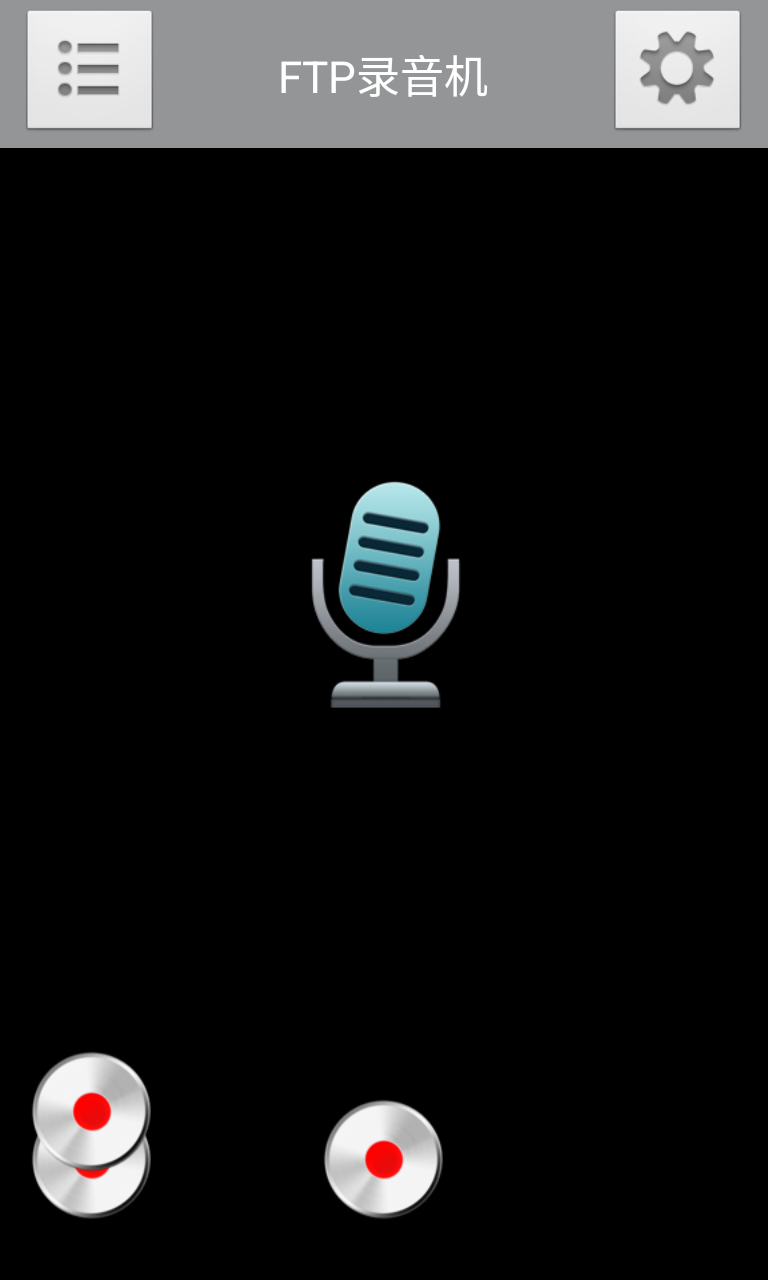
Repository: stone-jin/WAVRecoder
Layout: WAVRecoder2/res/layout/main.xml
These files come from the project's save history. The layout is drawn as it stood at one moment and after the next save; the edit follows.
It is drawn on a 768 x 1280 px phone screen (xhdpi) without system bars, with theme Anim_style2; the app's code is not run.

Above is the layout before, as saved 2014-05-06 19:06:54.

### WAVRecoder2/res/layout/main.xml
<?xml version="1.0" encoding="utf-8"?>
<LinearLayout xmlns:android="http://schemas.android.com/apk/res/android"
    android:layout_width="match_parent"
    android:layout_height="match_parent"
    android:orientation="vertical" >

    <include layout="@layout/main_title"/>

    <RelativeLayout
        android:layout_width="fill_parent"
        android:layout_height="fill_parent"
        android:layout_weight="1"
        android:gravity="center"
        >

	    <ImageView
	        android:layout_width="wrap_content"
	        android:layout_height="wrap_content"
	        android:background="@drawable/icon"
	        />

    </RelativeLayout>

    <RelativeLayout
        android:layout_width="fill_parent"
        android:layout_height="120dp"
        >

        <Button
            android:layout_width="wrap_content"
            android:layout_height="wrap_content"
            android:background="@drawable/btn_rekam_normal"
            android:layout_marginLeft="10dp"
            android:layout_alignParentLeft="true"
            android:layout_centerVertical="true"
            />

        <Button
            android:layout_width="wrap_content"
            android:layout_height="wrap_content"
            android:background="@drawable/btn_rekam_normal"
            android:layout_marginLeft="10dp"
            android:layout_centerInParent="true"
            />

        <Button
            android:layout_width="wrap_content"
            android:layout_height="wrap_content"
            android:background="@drawable/btn_rekam_normal"
            android:layout_marginLeft="10dp"
            android:layout_gravity="center_vertical"
            />

    </RelativeLayout>


</LinearLayout>

### WAVRecoder2/res/values/styles.xml
<resources>

    <!--
        Base application theme, dependent on API level. This theme is replaced
        by AppBaseTheme from res/values-vXX/styles.xml on newer devices.
    -->
    <style name="AppBaseTheme" parent="android:Theme.Light">
        <!--
            Theme customizations available in newer API levels can go in
            res/values-vXX/styles.xml, while customizations related to
            backward-compatibility can go here.
        -->
    </style>

    <!-- Application theme. -->
    <style name="AppTheme" parent="AppBaseTheme">
        <!-- All customizations that are NOT specific to a particular API-level can go here. -->
    </style>

    <!-- ####################以上内容全部来自搬运 ############################################ -->

    <style name="AnimFade" parent="@android:style/Animation.Activity">
    	<item name="android:activityOpenEnterAnimation">@anim/fade_in</item>
    	<item name="android:activityOpenExitAnimation">@anim/hold</item>
    	<item name="android:activityCloseEnterAnimation">@anim/fade_in</item>
    	<item name="android:activityCloseExitAnimation">@anim/fade_out</item>
	</style>
	<style name="AnimBottom" parent="@android:style/Animation">
    	<item name="android:windowEnterAnimation">@anim/push_bottom_in</item>
        <item name="android:windowExitAnimation">@anim/push_bottom_out</item>
	</style>
	<style name="AnimTop" parent="@android:style/Animation">
    	<item name="android:windowEnterAnimation">@anim/push_top_in</item>
        <item name="android:windowExitAnimation">@anim/push_top_out</item>
	</style>
	<style name="AnimTop2" parent="@android:style/Animation">
    	<item name="android:windowEnterAnimation">@anim/push_top_in2</item>
        <item name="android:windowExitAnimation">@anim/push_top_out2</item>
	</style>
	<style name="AnimHead" parent="@android:style/Animation">
    	<item name="android:windowEnterAnimation">@anim/head_in</item>
        <item name="android:windowExitAnimation">@anim/head_out</item>
	</style>

   	<style name="Anim_style" parent="android:Theme.NoTitleBar.Fullscreen">
        <item name="android:windowAnimationStyle">@style/AnimFade</item>
	</style>

	<style name="Anim_style2" parent="android:Theme.NoTitleBar">  <!-- 表示没有titlebar这个框 -->
        <item name="android:windowAnimationStyle">@style/AnimFade</item>     <!-- 定义其中打开或者保持或者关闭的时候的效果 -->
	</style>

	<style name="Anim_style_title" parent="android:Theme">
        <item name="android:windowAnimationStyle">@style/AnimFade</item>
        <item name="android:windowTitleSize">50dp</item>
        <item name="android:windowTitleBackgroundStyle">@style/CustomWindowTitleBackground</item>
	</style>

	<style name="CustomWindowTitleBackground">
       <item name="android:background">@drawable/title_bar</item>
	</style>

	<style name="MyDialogStyle">
        <item name="android:windowBackground">@android:color/transparent</item>
        <item name="android:windowFrame">@null</item>
        <item name="android:windowNoTitle">true</item>
        <item name="android:windowIsFloating">true</item>
        <item name="android:windowIsTranslucent">true</item>
        <item name="android:windowContentOverlay">@null</item>
        <item name="android:windowAnimationStyle">@android:style/Animation.Dialog</item>
        <item name="android:backgroundDimEnabled">true</item>
    </style>

    <style name="MyDialogStyleBottom" parent="android:Theme.Dialog" >
        <item name="android:windowAnimationStyle">@style/AnimBottom</item>
        <item name="android:windowFrame">@null</item><!--边框-->
        <item name="android:windowIsFloating">true</item><!--是否浮现在activity之上-->
        <item name="android:windowIsTranslucent">true</item><!--半透明-->
        <item name="android:windowNoTitle">true</item><!--无标题-->
        <item name="android:windowBackground">@android:color/transparent</item><!--背景透明-->
        <item name="android:backgroundDimEnabled">true</item><!--模糊-->
     </style>

     <style name="MyDialogStyleTop" parent="android:Theme.Dialog" >
        <item name="android:windowAnimationStyle">@style/AnimTop2</item>
        <item name="android:windowFrame">@null</item><!--边框-->
        <item name="android:windowIsFloating">true</item><!--是否浮现在activity之上-->
        <item name="android:windowIsTranslucent">true</item><!--半透明-->
        <item name="android:windowNoTitle">true</item><!--无标题-->
        <item name="android:windowBackground">@android:color/transparent</item><!--背景透明-->
        <item name="android:backgroundDimEnabled">false</item><!--模糊-->
     </style>

    <style name="HeadScale" parent="android:Theme.Dialog" >
        <item name="android:windowAnimationStyle">@style/AnimHead</item>
        <item name="android:windowFrame">@null</item><!--边框-->
        <item name="android:windowIsFloating">true</item><!--是否浮现在activity之上-->
        <item name="android:windowIsTranslucent">true</item><!--半透明-->
        <item name="android:windowNoTitle">true</item><!--无标题-->
        <item name="android:windowBackground">@android:color/black</item>
        <item name="android:backgroundDimEnabled">false</item><!--模糊-->
     </style>

    <style name="MyProgressBar" parent="android:Widget.ProgressBar">
        <item name="android:indeterminateDrawable">@drawable/loading</item>
	</style>

</resources>

### WAVRecoder2/res/layout/main_title.xml
<?xml version="1.0" encoding="utf-8"?>
<RelativeLayout xmlns:android="http://schemas.android.com/apk/res/android"
    android:layout_width="fill_parent"
    android:layout_height="wrap_content"
    android:background="#949597"
    android:paddingTop="4dp"
    android:paddingBottom="4dp"
    >

    <ImageButton
        android:layout_width="wrap_content"
        android:layout_height="wrap_content"
        android:src="@drawable/ic_menu_list"
        android:layout_alignParentLeft="true"
        android:layout_centerVertical="true"
        android:layout_marginLeft="10dp"
        />

    <TextView
        android:layout_width="wrap_content"
        android:layout_height="wrap_content"
        android:text="FTP录音机"
        android:textColor="#ffffff"
        android:textSize="22sp"
        android:layout_centerInParent="true"
        />

    <ImageButton
        android:layout_width="wrap_content"
        android:layout_height="wrap_content"
        android:src="@drawable/ic_menu_pengaturan"
        android:layout_alignParentRight="true"
        android:layout_centerVertical="true"
        android:layout_marginRight="10dp"
        />


</RelativeLayout>

After the next save:
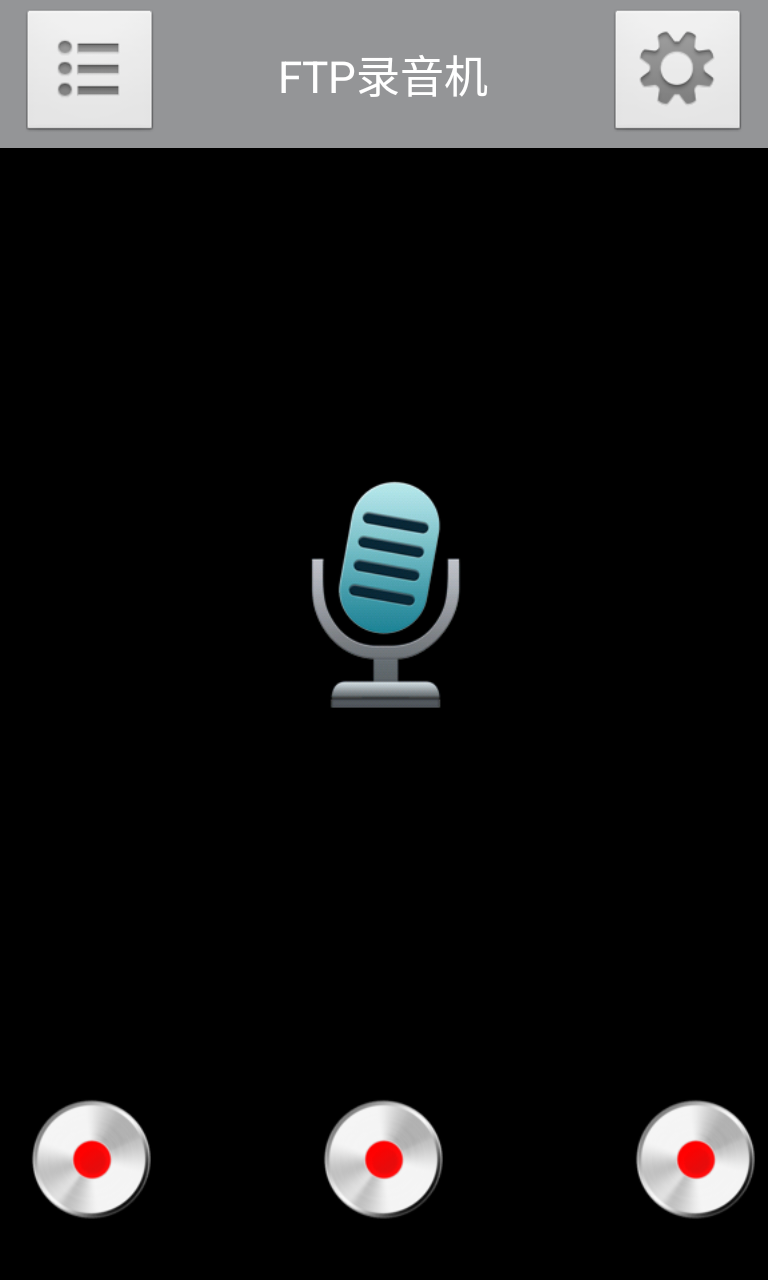
Saved 22 s later.
--- a/WAVRecoder2/res/layout/main.xml
+++ b/WAVRecoder2/res/layout/main.xml
@@ -48,7 +48,8 @@
             android:layout_height="wrap_content"
             android:background="@drawable/btn_rekam_normal"
             android:layout_marginLeft="10dp"
-            android:layout_gravity="center_vertical"
+			android:layout_alignParentRight="true"
+			android:layout_centerVertical="true"
             />
 
     </RelativeLayout>
